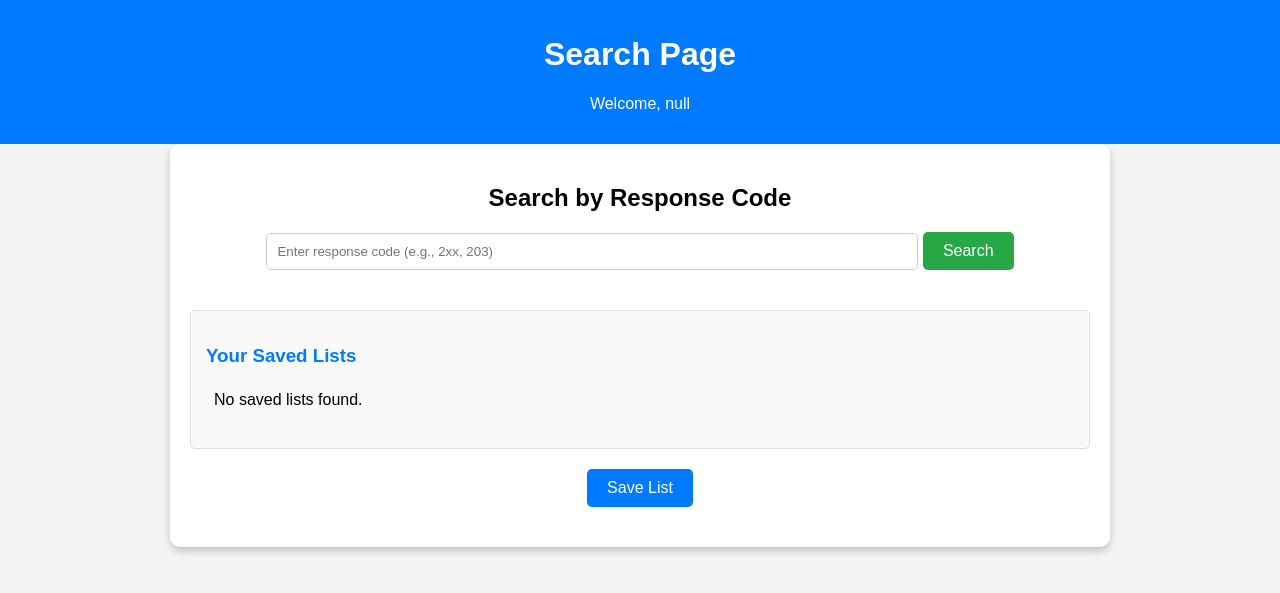
Repository: ramk06/Moengage-assesment
Page: http://localhost/task/search.jsp
These files come from the project's save history. The page is drawn as it stood at one moment and after the next save; the edit follows.
The browser window is 1280 px wide. The pictures show the whole page.
The page is served by Tomcat 9. Other server files are loaded and not shown. The template is opened directly, without the code that normally fills it, so the values that code supplies are empty.

Above is the page before, as saved 2024-11-21 21:31:41.

### task/src/main/webapp/search.jsp
<%@ page language="java" contentType="text/html; charset=UTF-8" pageEncoding="UTF-8"%>
<%@ page session="true" %>
<!DOCTYPE html>
<html lang="en">
<head>
<meta charset="UTF-8">
<meta name="viewport" content="width=device-width, initial-scale=1.0">
<title>Search Page</title>
<style>
body {
	font-family: Arial, sans-serif;
	margin: 0;
	padding: 0;
	background-color: #f4f4f4;
}
.header {
	background-color: #007bff;
	color: white;
	padding: 15px;
	text-align: center;
}
.container {
	padding: 20px;
	margin: 0 auto;
	width: 80%;
	max-width: 900px;
	background: white;
	border-radius: 10px;
	box-shadow: 0 4px 8px rgba(0, 0, 0, 0.2);
}
h2 {
	text-align: center;
	margin-bottom: 20px;
}
.filter-form {
	margin-bottom: 20px;
	text-align: center;
}
.filter-form input {
	padding: 10px;
	width: 70%;
	border: 1px solid #ccc;
	border-radius: 5px;
}
.filter-form button {
	padding: 10px 20px;
	background-color: #28a745;
	color: white;
	border: none;
	border-radius: 5px;
	cursor: pointer;
	font-size: 16px;
}
.filter-form button:hover {
	background-color: #218838;
}
.images-container {
	display: flex;
	flex-wrap: wrap;
	gap: 10px;
	justify-content: center;
}
.images-container img {
	width: 150px;
	height: 150px;
	border: 1px solid #ccc;
	border-radius: 5px;
}
.save-button {
	display: block;
	margin: 20px auto;
	padding: 10px 20px;
	background-color: #007bff;
	color: white;
	border: none;
	border-radius: 5px;
	cursor: pointer;
	font-size: 16px;
	text-align: center;
}
.save-button:hover {
	background-color: #0056b3;
}
.saved-lists {
    margin-top: 20px;
    padding: 15px;
    background-color: #f9f9f9;
    border: 1px solid #ddd;
    border-radius: 5px;
}
.saved-lists h3 {
    margin-bottom: 10px;
    color: #007bff;
}
.saved-lists ul {
    list-style-type: none;
    padding: 0;
}
.saved-lists ul li {
    padding: 8px;
    border-bottom: 1px solid #ddd;
}
.saved-lists ul li:last-child {
    border-bottom: none;
}
</style>
</head>
<body>
	<div class="header">
		<h1>Search Page</h1>
		<p>Welcome, <%= session.getAttribute("username") %></p>
	</div>
	<div class="container">
		<h2>Search by Response Code</h2>
		<form class="filter-form" action="search" method="get">
			<input type="text" name="filter" placeholder="Enter response code (e.g., 2xx, 203)" required>
			<button type="submit">Search</button>
		</form>

		<!-- Display search results -->
		<div class="images-container">
			<%
				java.util.List<String> images = (java.util.List<String>) request.getAttribute("images");
				if (images != null && !images.isEmpty()) {
					for (String imgUrl : images) {
			%>
						<img src="<%= imgUrl %>" alt="Dog Image">
			<%
					}
				} else if (request.getParameter("filter") != null) {
			%>
				<p>No images found for the given filter.</p>
			<%
				}
			%>
		</div>

		<!-- Saved Lists Section -->
		<div class="saved-lists">
			<h3>Your Saved Lists</h3>
			<ul>
				<%
					java.util.List<com.entity.List> savedLists = (java.util.List<com.entity.List>) request.getAttribute("savedLists");
					if (savedLists != null && !savedLists.isEmpty()) {
						for (com.entity.List savedList : savedLists) {
				%>
					<li>
						<strong><%= savedList.getName() %></strong> -
						Created on: <%= savedList.getCreationDate() %>
					</li>
				<%
						}
					} else {
				%>
					<li>No saved lists found.</li>
				<% } %>
			</ul>
		</div>

		<!-- Save List Button -->
		<form action="saveList" method="post">
			<input type="hidden" name="filter" value="<%= request.getParameter("filter") %>">
			<button type="submit" class="save-button">Save List</button>
		</form>
	</div>
</body>
</html>

After the next save:
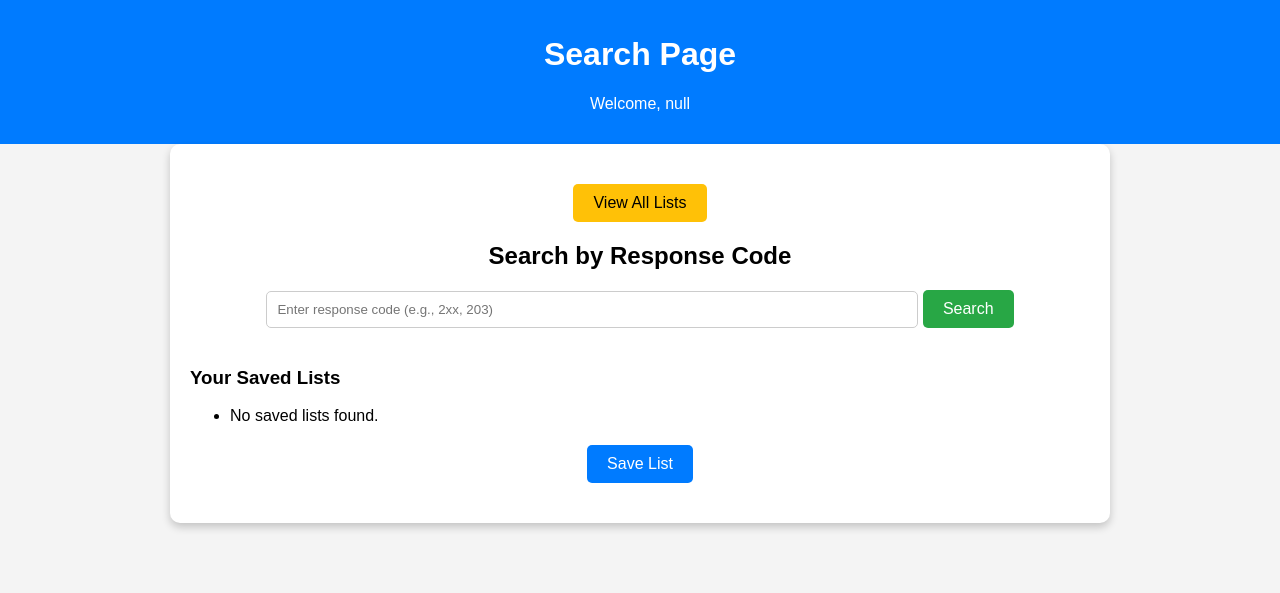
Saved 3 min 36 s later.
--- a/task/src/main/webapp/search.jsp
+++ b/task/src/main/webapp/search.jsp
@@ -81,27 +81,20 @@ h2 {
 .save-button:hover {
 	background-color: #0056b3;
 }
-.saved-lists {
-    margin-top: 20px;
-    padding: 15px;
-    background-color: #f9f9f9;
-    border: 1px solid #ddd;
-    border-radius: 5px;
+.view-lists-button {
+	display: block;
+	margin: 20px auto;
+	padding: 10px 20px;
+	background-color: #ffc107;
+	color: black;
+	border: none;
+	border-radius: 5px;
+	cursor: pointer;
+	font-size: 16px;
+	text-align: center;
 }
-.saved-lists h3 {
-    margin-bottom: 10px;
-    color: #007bff;
-}
-.saved-lists ul {
-    list-style-type: none;
-    padding: 0;
-}
-.saved-lists ul li {
-    padding: 8px;
-    border-bottom: 1px solid #ddd;
-}
-.saved-lists ul li:last-child {
-    border-bottom: none;
+.view-lists-button:hover {
+	background-color: #e0a800;
 }
 </style>
 </head>
@@ -111,6 +104,11 @@ h2 {
 		<p>Welcome, <%= session.getAttribute("username") %></p>
 	</div>
 	<div class="container">
+		<!-- View All Lists Button -->
+		<form action="lists" method="get">
+			<button type="submit" class="view-lists-button">View All Lists</button>
+		</form>
+
 		<h2>Search by Response Code</h2>
 		<form class="filter-form" action="search" method="get">
 			<input type="text" name="filter" placeholder="Enter response code (e.g., 2xx, 203)" required>
